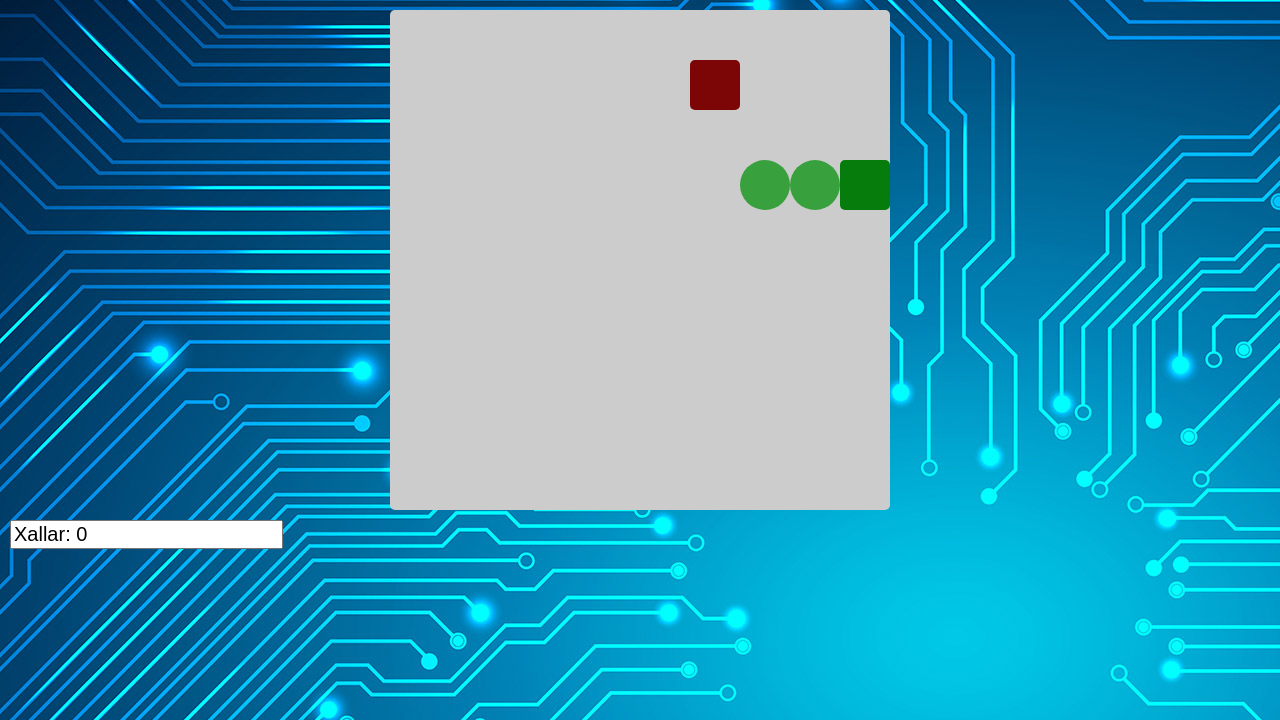
Repository: elvinyeka/SnakeGame
Page: index.html
The author's editor kept a copy of each file at every save. The page is drawn from the files as they stood at one save, then again after the next save.
The browser window is 1280 px wide. The pictures show the whole page.

Above is the page before, as saved 2020-11-08 19:50:09.

After the next save:
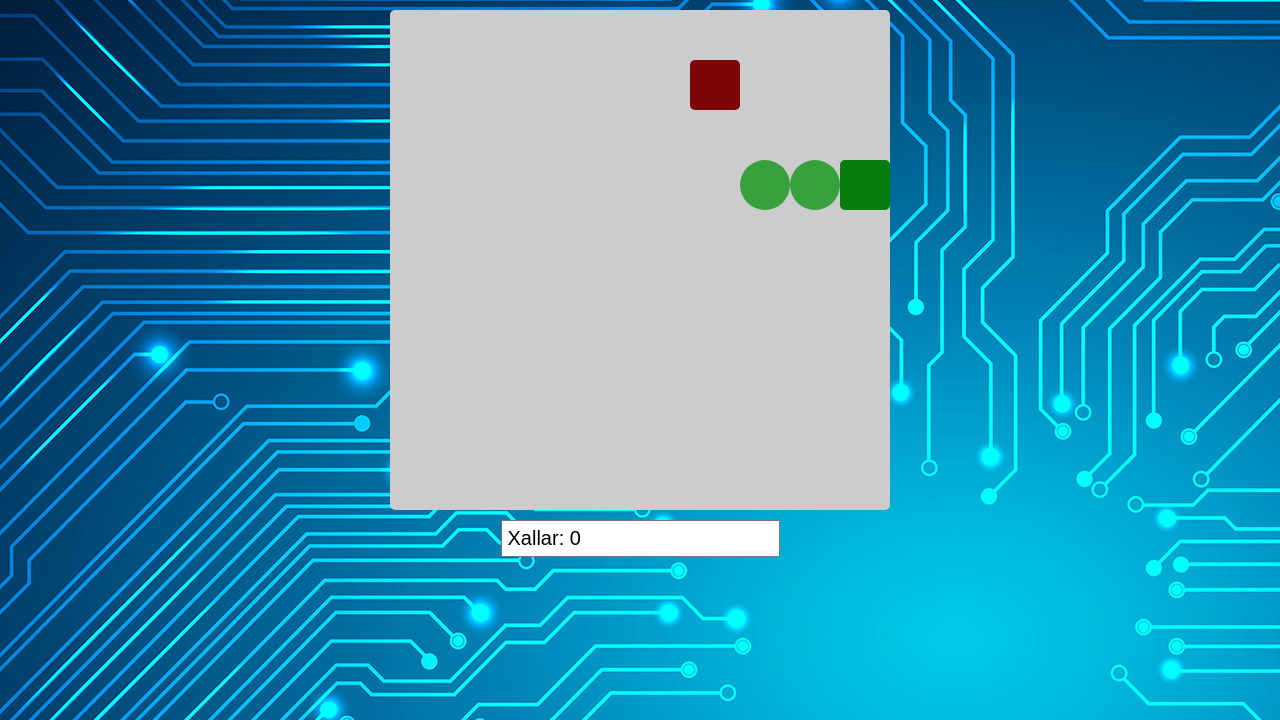
Saved 21 s later.
--- a/js/snake.js
+++ b/js/snake.js
@@ -72,7 +72,7 @@ input.style.cssText = `
 margin: auto;
 margin-top:10px;
 font-size: 20px;
-padding: 5px
+padding: 5px;
 display:block;
 `;
 
